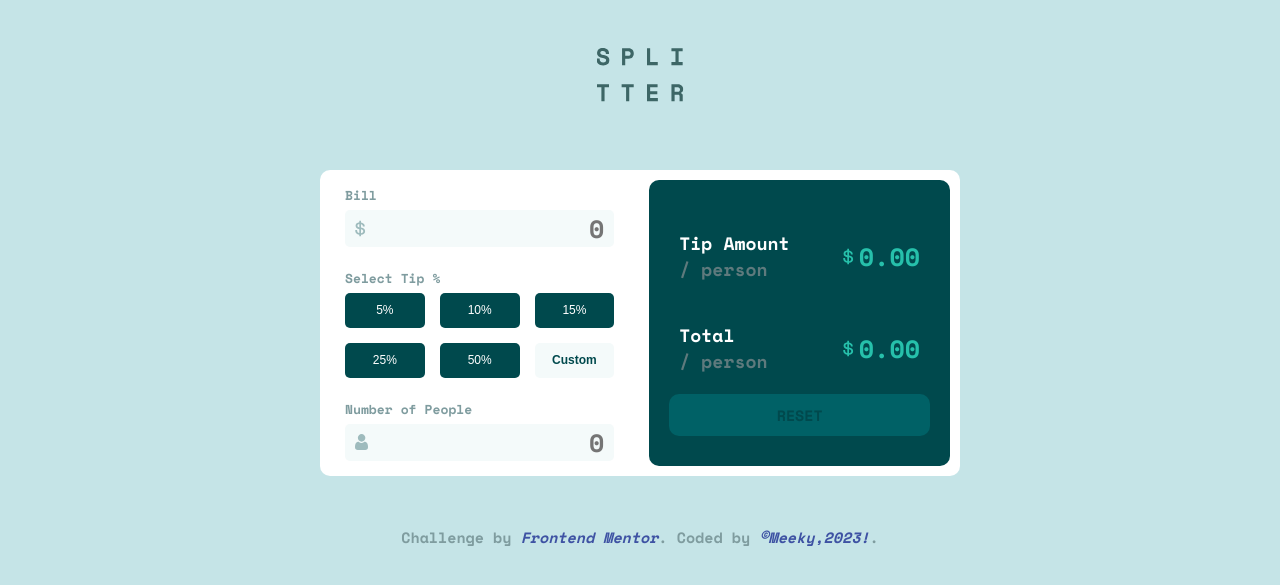
Repository: MeekyBerry/Frontend-Mentor-Challenges
Page: tip-calculator-app/index.html
An editor plug-in stored every save of this project. The page is shown before and after the next save, followed by the edit.
The browser window is 1280 px wide. The pictures show the whole page.

Above is the page before, as saved 2023-04-07 21:02:02.

### tip-calculator-app/index.html
<!DOCTYPE html>
<html lang="en">

<head>
  <meta charset="UTF-8">
  <meta name="viewport" content="width=device-width, initial-scale=1.0">
  <link rel="icon" type="image/png" sizes="32x32" href="./css/images/favicon-32x32.png">
  <title> Tip calculator app</title>
  <link rel="stylesheet" href="./css/style.css">
  <script src="./script.js" defer></script>
</head>

<body>
  <div class="heading-logo">
    <img src="./css/images/logo.svg" alt="Logo" class="logo">
  </div>

  <form id="form" class="background">
    <div class="first-container">
      <div class="first-container__content">
        <label for="bill">Bill</label>
        <input type="number" id="bill" placeholder="0" class="bill-input__img input-bar">
      </div>

      <div class="tip">
        <div class="tip--heading">Select Tip %</div>
        <div class="percent-container">
          <button type="button" class="percent five">5%</button>
          <button type="button" class="percent ten">10%</button>
          <button type="button" class="percent fiftheen">15%</button>
          <button type="button" class="percent twenty-five">25%</button>
          <button type="button" class="percent fifty">50%</button>
          <button type="button" class="percent custom" id="cst-btn">Custom</button>
        </div>
      </div>
      <div class="first-container__content">
        <div class="people-validate">
          <label for="number">Number of People</label>
          <span id="validate" class="people-zero">Can't be zero</span>
        </div>
        <!-- <div class="icon-box"> -->
          <input type="number" id="people" class="people-input__img input-bar" placeholder="0">
        <!-- </div> -->
      </div>
    </div>

    <div class="second-container">
      <div class="amount">
        <p>Tip Amount <span class="person">/ person</span></p>
        <div class="digit">
          <svg xmlns="http://www.w3.org/2000/svg" width="11" height="17">
            <path fill="var(--Strong-cyan)"
              d="M6.016 16.328v-1.464c1.232-.08 2.22-.444 2.964-1.092.744-.648 1.116-1.508 1.116-2.58v-.144c0-.992-.348-1.772-1.044-2.34-.696-.568-1.708-.932-3.036-1.092V4.184c.56.144 1.012.4 1.356.768.344.368.516.816.516 1.344v.288h1.824v-.432c0-.448-.088-.876-.264-1.284a3.783 3.783 0 00-.744-1.116A4.251 4.251 0 007.54 2.9a5.324 5.324 0 00-1.524-.492V.872H4.288V2.36a5.532 5.532 0 00-1.416.324c-.448.168-.84.392-1.176.672-.336.28-.604.616-.804 1.008-.2.392-.3.844-.3 1.356v.144c0 .96.316 1.708.948 2.244.632.536 1.548.884 2.748 1.044v3.912c-.704-.16-1.248-.472-1.632-.936-.384-.464-.576-1.08-.576-1.848v-.288H.256v.576c0 .464.08.924.24 1.38.16.456.404.88.732 1.272.328.392.744.728 1.248 1.008s1.108.476 1.812.588v1.512h1.728zM4.288 7.424c-.688-.128-1.164-.332-1.428-.612-.264-.28-.396-.644-.396-1.092 0-.464.176-.832.528-1.104.352-.272.784-.448 1.296-.528v3.336zm1.728 5.712V9.344c.768.128 1.328.328 1.68.6.352.272.528.688.528 1.248 0 .544-.196.984-.588 1.32-.392.336-.932.544-1.62.624z" />
          </svg>
          <span id="tip-amount" class="amount-span">0.00</span>
        </div>
      </div>

      <div class="amount">
        <p>Total <span class="person">/ person</span></p>
        <div class="digit">
          <svg xmlns="http://www.w3.org/2000/svg" width="11" height="17">
            <path fill="var(--Strong-cyan)"
              d="M6.016 16.328v-1.464c1.232-.08 2.22-.444 2.964-1.092.744-.648 1.116-1.508 1.116-2.58v-.144c0-.992-.348-1.772-1.044-2.34-.696-.568-1.708-.932-3.036-1.092V4.184c.56.144 1.012.4 1.356.768.344.368.516.816.516 1.344v.288h1.824v-.432c0-.448-.088-.876-.264-1.284a3.783 3.783 0 00-.744-1.116A4.251 4.251 0 007.54 2.9a5.324 5.324 0 00-1.524-.492V.872H4.288V2.36a5.532 5.532 0 00-1.416.324c-.448.168-.84.392-1.176.672-.336.28-.604.616-.804 1.008-.2.392-.3.844-.3 1.356v.144c0 .96.316 1.708.948 2.244.632.536 1.548.884 2.748 1.044v3.912c-.704-.16-1.248-.472-1.632-.936-.384-.464-.576-1.08-.576-1.848v-.288H.256v.576c0 .464.08.924.24 1.38.16.456.404.88.732 1.272.328.392.744.728 1.248 1.008s1.108.476 1.812.588v1.512h1.728zM4.288 7.424c-.688-.128-1.164-.332-1.428-.612-.264-.28-.396-.644-.396-1.092 0-.464.176-.832.528-1.104.352-.272.784-.448 1.296-.528v3.336zm1.728 5.712V9.344c.768.128 1.328.328 1.68.6.352.272.528.688.528 1.248 0 .544-.196.984-.588 1.32-.392.336-.932.544-1.62.624z" />
          </svg>
          <span id="total-amount" class="amount-span">0.00</span>
        </div>
      </div>
      <div class="btn-wrapper">
        <button type="reset" id="reset" class="btn">Reset</button>
      </div>
    </div>
  </form>

  <div class="attribution">
    Challenge by <a href="https://www.frontendmentor.io?ref=challenge" target="_blank">Frontend Mentor</a>.
    Coded by <a href="https://www.linkedin.com/in/mikkylanky/" target="_blank">&copy;Meeky,2023!</a>.
  </div>
</body>

</html>

### tip-calculator-app/css/style.css
@import url("https://fonts.googleapis.com/css2?family=Space+Mono:wght@400;700&display=swap");

:root {
  /* ### Primary */
  --Strong-cyan: hsl(172, 67%, 45%);
  /* ### Neutral */
  --Very-dark-cyan: hsl(183, 100%, 15%);
  --Dark-grayish-cyan: hsl(186, 14%, 43%);
  --Grayish-cyan: hsl(184, 14%, 56%);
  --Light-grayish-cyan: hsl(185, 41%, 84%);
  --Very-light-grayish-cyan: hsl(189, 41%, 97%);
  --White: hsl(0, 0%, 100%);
  --dark-blue: hsl(228, 45%, 44%);
}

html {
  font-size: 50%;
}

*,
::before,
::after {
  margin: 0;
  padding: 0;
  box-sizing: border-box;
}

body {
  font-size: 1.8rem;
  font-family: "Space Mono", sans-serif;
  font-weight: 700;
  background-color: var(--Light-grayish-cyan);
  color: var(--Grayish-cyan);
  height: 100%;
  width: 100%;
}

.heading-logo {
  height: 15rem;
  width: 100%;
  position: relative;
}

.logo {
  position: absolute;
  top: 50%;
  left: 50%;
  transform: translate(-50%, -50%);
}

.background {
  display: flex;
  flex-direction: column;
  justify-content: space-around;
  gap: 1rem;
  background-color: var(--White);
  height: 100%;
  width: 60%;
  border-radius: 1rem;
  padding: 1rem;
  margin: 2rem auto;
  -webkit-border-radius: 1rem;
  -moz-border-radius: 1rem;
  -ms-border-radius: 1rem;
  -o-border-radius: 1rem;
}

.first-container {
  width: 100%;
  display: flex;
  flex-direction: column;
  align-items: center;
}

.first-container__content {
  display: flex;
  flex-direction: column;
  justify-content: center;
  align-items: center;
  gap: .5rem;
  width: 90%;
}

.people-validate {
  display: flex;
  justify-content: space-between;
  align-items: center;
  gap: 1rem;
  width: 100%;
}

.people-zero {
  color: red;
  font-size: 1rem;
  font-family: "Space Mono", sans-serif;
  font-weight: 400;
  align-self: flex-end;
  display: none;
}

label {
  font-size: 1.3rem;
  align-self: flex-start;
}

.input-bar {
  display: flex;
  justify-content: space-between;
  align-items: center;
  width: 100%;
  border: none;
  border-radius: .5rem;
  font-size: 2.5rem;
  font-family: "Space Mono", sans-serif;
  font-weight: 700;
  text-align: end;
  padding: 0 1rem 0 3rem;
}

.input-bar:focus {
  outline-color: var(--Strong-cyan);
}

.bill-input__img {
  background: url(../css/images/icon-dollar.svg) no-repeat var(--Very-light-grayish-cyan) 1rem 1rem;
  padding: 0 1rem 0 3rem;
}

.people-input__img {
  background: url(../css/images/icon-person.svg) no-repeat var(--Very-light-grayish-cyan) 1rem 1rem;
  padding: 0 1rem 0 3rem;
}

/* Remove Arrows/Spinners ON INPUT */
input::-webkit-outer-spin-button,
input::-webkit-inner-spin-button {
  -webkit-appearance: none;
}

/* Firefox */
input[type="number"] {
  -moz-appearance: textfield;
}

.tip {
  padding: 1rem 0;
  width: 90%;
}

.tip--heading {
  font-size: 1.3rem;
  margin-bottom: .5rem;
}

.percent-container {
  display: grid;
  grid-template-columns: repeat(2, 1fr);
  grid-template-rows: repeat(3, 1fr);
  grid-template-areas:
    "five ten"
    "fiftheen twentyFive"
    "fifty custom";
  place-items: center;
  gap: 1.5rem;
}

.percent {
  background-color: var(--Very-dark-cyan);
  color: var(--White);
  text-align: center;
  border: none;
  font-size: 1.2rem;
  width: 100%;
  height: 3.5rem;
  border-radius: .5rem;
  -webkit-border-radius: .5rem;
  -moz-border-radius: .5rem;
  -ms-border-radius: .5rem;
  -o-border-radius: .5rem;
}

.percent:active {
  background-color: var(--Light-grayish-cyan);
  color: var(--Very-dark-cyan);
  font-weight: 700;
}

.five {
  grid-area: five;
}

.ten {
  grid-area: ten;
}

.fiftheen {
  grid-area: fiftheen;
}

.twenty-five {
  grid-area: twentyFive;
}

.fifty {
  grid-area: fifty;
}

.custom {
  grid-area: custom;
  background-color: var(--Very-light-grayish-cyan);
  color: var(--Very-dark-cyan);
  font-weight: 700;
}

.custom-input {
  background-color: var(--Very-light-grayish-cyan);
  color: var(--Very-dark-cyan);
  border: none;
  border-radius: 1rem;
  padding: 0 1rem;
  font-size: 1.5rem;
  font-weight: 700;
  text-align: end;
  width: 100%;
  height: 100%;
}

.custom-input:focus {
  outline-color: var(--Strong-cyan);
}

.second-container {
  background-color: var(--Very-dark-cyan);
  border-radius: 1rem;
  padding: 3rem 2rem;
}

.amount {
  display: flex;
  justify-content: space-between;
  padding: 2rem 1rem;
}

p {
  color: var(--White);
}

.person {
  display: block;
  font-size: 1.8rem;
  color: var(--Dark-grayish-cyan);
}

.digit {
  display: flex;
  align-items: center;
  justify-content: center;
  gap: .5rem;
}

.amount-span {
  font-size: 2.5rem;
  color: var(--Strong-cyan);
}

.btn {
  width: 100%;
  padding: 1rem;
  background-color: hsl(183, 100%, 20%);
  color: var(--Very-dark-cyan);
  border: none;
  border-radius: 1rem;
  text-transform: uppercase;
  font-size: 1.5rem;
  font-weight: 700;
  font-family: "Space Mono", sans-serif;
  -webkit-border-radius: 1rem;
  -moz-border-radius: 1rem;
  -ms-border-radius: 1rem;
  -o-border-radius: 1rem;
}

.attribution {
  font-size: 1.5rem;
  text-align: center;
  margin-top: 5rem;
}

.attribution a {
  color: var(--dark-blue);
  text-decoration: none;
  font-style: italic;
}

@media only screen and (min-width: 600px) {
  html {
    font-size: 56.25%
  }

  .background {
    width: 40%;
  }
}

@media only screen and (min-width: 900px) {
  html {
    font-size: 62.5%;
  }

  .background {
    width: 50%;
    height: 50%;
    margin: 2rem auto;
    flex-direction: row;
    gap: 2rem;
    padding: 1rem;
  }

  .first-container {
    display: flex;
    flex-direction: column;
    justify-content: space-around;
    flex-basis: 50%;
  }

  .percent-container {
    grid-template-columns: repeat(3, 1fr);
    grid-template-rows: repeat(2, 1fr);
    grid-template-areas:
      "five ten fiftheen"
      "twentyFive fifty custom";
  }

  .second-container {
    display: flex;
    flex-direction: column;
    flex-basis: 50%;
  }

  .btn-wrapper {
    margin-top: auto;
  }
}

### tip-calculator-app/script.js
// 1. Get the bill amount from the input field
const billInput = document.getElementById("bill");
// 2. Get the tip percentage from the Button array
const tipButtons = document.querySelectorAll(".percent");
// 2.1. The percentage array contains a Custom button which toggles to input field when clicked
const customButton = document.querySelector(".custom");
// 2.2. Get the custom percentage from the input field
const customInput = document.createElement("input");
// Add style class to created customInput element
// customInput.classList.add('custom-input');
// 3. Get the number of people from the input field
const peopleInput = document.getElementById("people");
// 4. Calculate the tip amount per person;
const tipAmountSpan = document.getElementById("tip-amount");
// 5. Calculate the total cost per person
const totalAmountSpan = document.getElementById("total-amount");
// 6. Display the tip amount per person
const resetButton = document.getElementById("reset");
const validatePeople = document.getElementById("validate");

let bill = 0;
let tipPercentage = 0;
let customPercentage = 0;
let people = 0;

let inputPeople = false;
let error = true;

// calculate tip and total amount
const calculateTip = () => {
  if (people > 0) {
    inputPeople = true;
    let tip = (bill * (tipPercentage + customPercentage)) / 100;
    let total = bill + tip;
    let tipPerPerson = tip / people;
    let totalPerPerson = total / people;
    tipAmountSpan.textContent = `${tipPerPerson.toFixed(2)}`;
    totalAmountSpan.textContent = `${totalPerPerson.toFixed(2)}`;
  }
};

// add event listener for bill input
billInput.addEventListener("input", () => {
  bill = Number(billInput.value);
  calculateTip();
  disableReset();
});

// add event listener for people input
peopleInput.addEventListener("input", () => {
  if (peopleInput.value === "0") {
    validatePeople.style.display = "block";
    peopleInput.style.outlineColor = "red";
  } else {
    validatePeople.style.display = "none";
    peopleInput.style.outlineColor = "hsl(172, 67%, 45%)";
    people = Number(peopleInput.value);
    calculateTip();
    disableReset();
  }
});

// add event listeners for tip buttons
tipButtons.forEach((button) => {
  button.addEventListener("click", () => {
    if (button.classList.contains("custom")) {
      customInput.type = "number";
      customInput.value = "";
      customInput.classList.add("custom-input");
      if (button.parentNode) {
        button.parentNode.replaceChild(customInput, button);
        customInput.focus();
      }
    } else {
      tipPercentage = Number(button.textContent.replace("%", ""));
      calculateTip();
    }
  });
});

// add event listener for custom input
customInput.addEventListener("input", () => {
  customPercentage = Number(customInput.value);
  calculateTip();
});

// add event listener for reset button
resetButton.addEventListener("click", () => {
  billInput.value = "";
  peopleInput.value = "";
  tipAmountSpan.textContent = "0.00";
  totalAmountSpan.textContent = "0.00";
  bill = 0;
  tipPercentage = 0;
  customPercentage = 0;
  people = 0;
  if (customInput.parentNode) {
    customInput.parentNode.replaceChild(customButton, customInput);
  }
  resetButton.disabled = true;
  disableReset();
  validatePeople.style.display = "none";
});

// disable reset button
const disableReset = () => {
  if (billInput.value.trim() === "" && peopleInput.value.trim() === "") {
    resetButton.disabled = true;
    resetButton.style.backgroundColor = "hsl(183, 100%, 25%)";
  } else {
    resetButton.disabled = false;
    resetButton.style.backgroundColor = "hsl(172, 67%, 45%)";
  }
};

// add event listeners for reset button for the active state
resetButton.addEventListener("mousedown", () => {
  resetButton.style.backgroundColor = "hsl(185, 41%, 84%)";
});

resetButton.addEventListener("mouseup", () => {
  resetButton.style.backgroundColor = "hsl(183, 100%, 25%)";
});

After the next save:
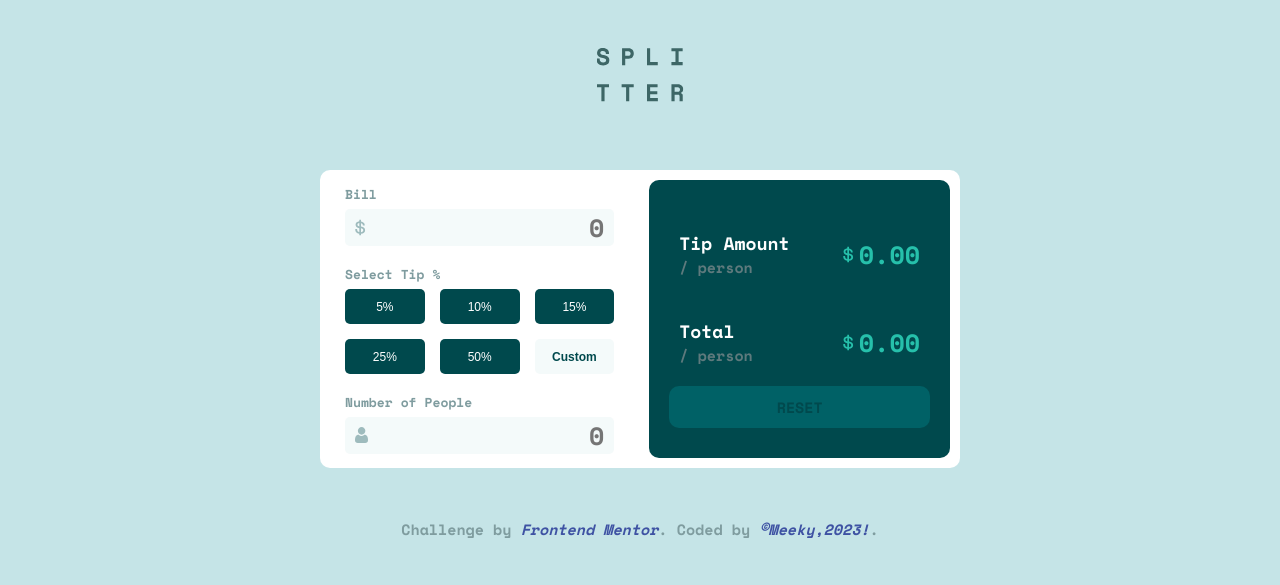
Saved 13 s later.
--- a/tip-calculator-app/css/style.css
+++ b/tip-calculator-app/css/style.css
@@ -247,7 +247,7 @@ p {
 
 .person {
   display: block;
-  font-size: 1.8rem;
+  font-size: 1.5rem;
   color: var(--Dark-grayish-cyan);
 }
 
